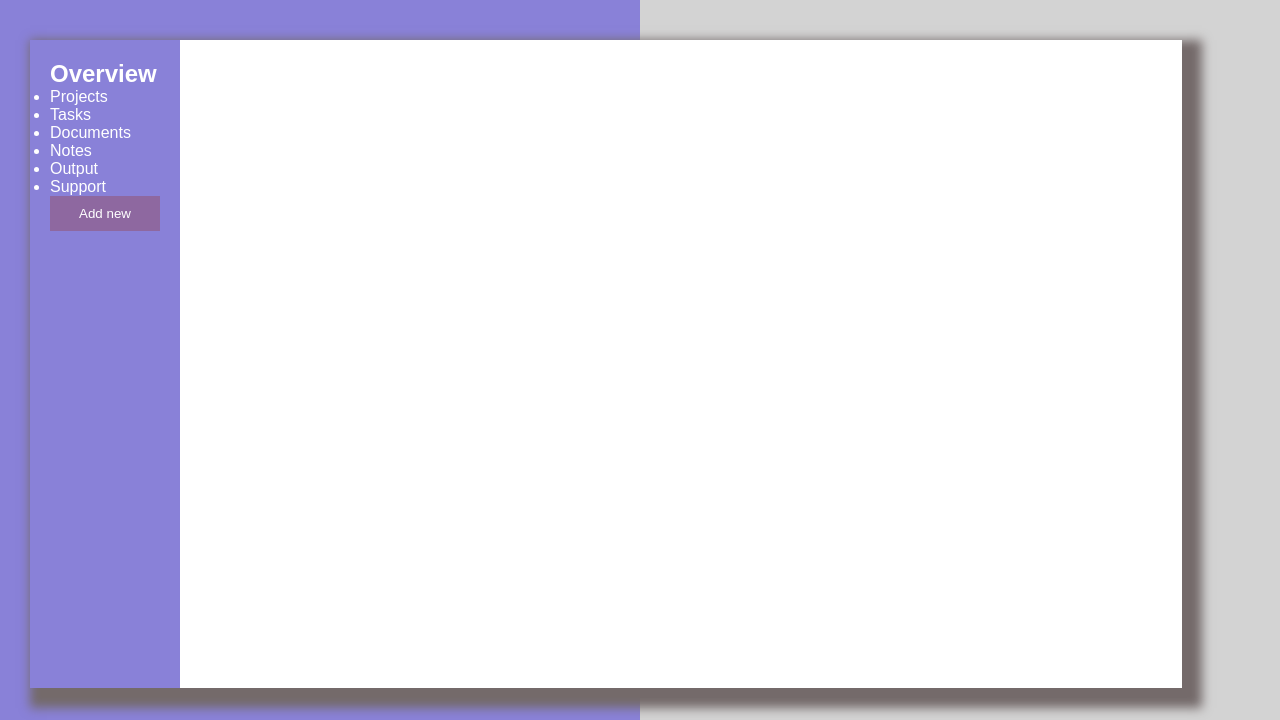
Repository: SatenikGabrielyan/HTML_CSS-_Assignment
Page: index.html
An editor plug-in stored every save of this project. The page is shown before and after the next save, followed by the edit.
The browser window is 1280 px wide. The pictures show the whole page.
Some web libraries are served in a nearby version.

Above is the page before, as saved 2025-03-17 20:26:35.

After the next save:
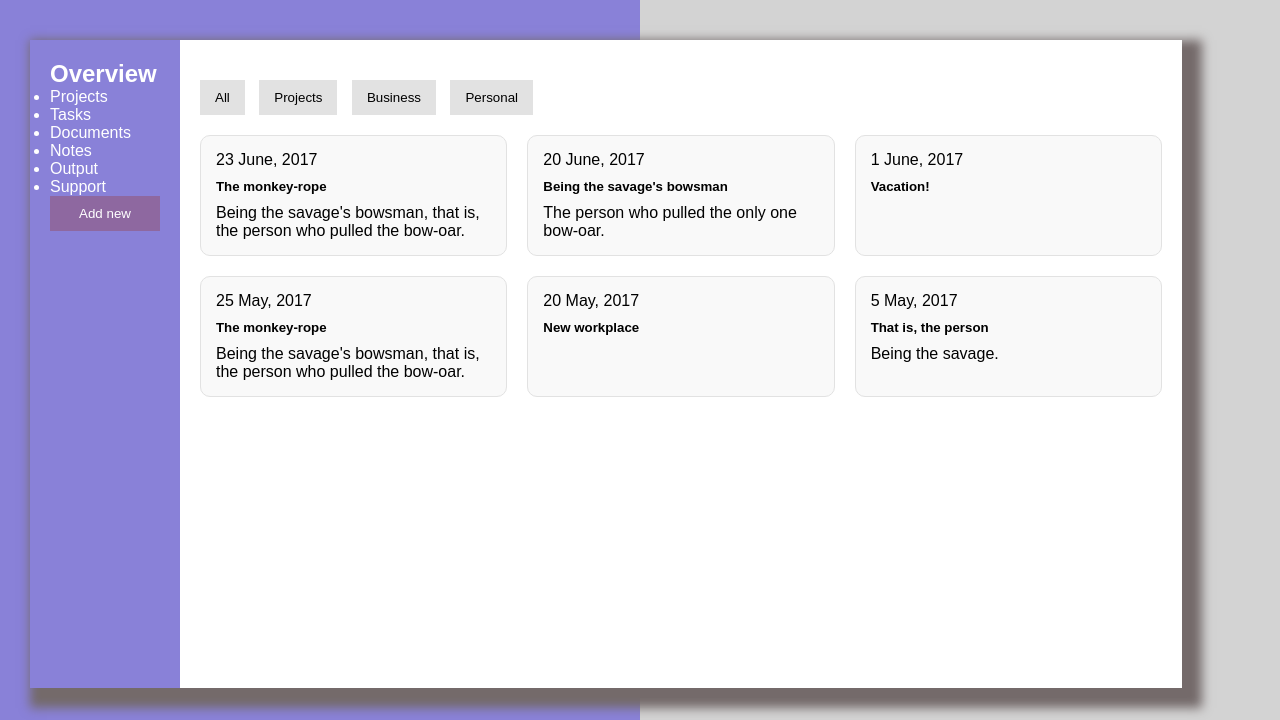
Saved 2 s later.
--- a/index.html
+++ b/index.html
@@ -86,7 +86,7 @@
             <li class="about"><a href="#search"><i class="fas fa-search"> Search</a></li>
             <li class="about" style="float:right"><a class="active" href="#about">Hello, Peter!</a></li>
             </ul> -->
-          <!-- </nav>
+          </nav>
 
         <div class="tabs">
             <button>All</button>
